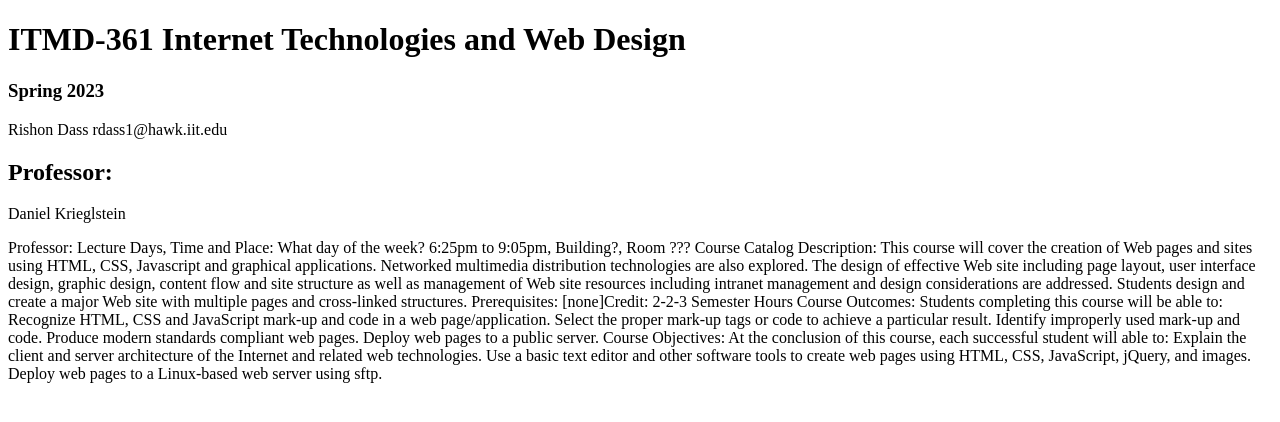
Repository: rishondass/ITMD361-Lab2
Page: lab2raw_text.html
The author's editor kept a copy of each file at every save. The page is drawn from the files as they stood at one save, then again after the next save.
The browser window is 1280 px wide. The pictures show the whole page.

Above is the page before, as saved 2023-01-13 14:05:36.

### lab2raw_text.html
<!DOCTYPE html>
<html lang="en">
<head>
    <meta charset="UTF-8">
    <meta http-equiv="X-UA-Compatible" content="IE=edge">
    <meta name="viewport" content="width=device-width, initial-scale=1.0">
    <title>ITMD-361 Internet Technologies and Web Design</title>
</head>
<body>
    <h1>
        ITMD-361 Internet Technologies and Web Design
    </h1>
    <h3>
        Spring 2023
    </h3>
    <p>
        Rishon Dass rdass1@hawk.iit.edu
    </p>
    <h2>
        Professor:
    </h2>
    <p>
        Daniel Krieglstein
    </p>
</body>
</html>




Professor:

Lecture Days, Time and Place:
What day of the week? 6:25pm to 9:05pm, Building?, Room ???
Course Catalog Description:
This course will cover the creation of Web pages and sites using HTML, CSS, Javascript and graphical applications. Networked multimedia distribution technologies are also explored. The design of effective Web site including page layout, user interface design, graphic design, content flow and site structure as well as management of Web site resources including intranet management and design considerations are addressed. Students design and create a major Web site with multiple pages and cross-linked structures. Prerequisites: [none]Credit: 2-2-3 Semester Hours
Course Outcomes:
Students completing this course will be able to:
Recognize HTML, CSS and JavaScript mark-up and code in a web page/application.
Select the proper mark-up tags or code to achieve a particular result.
Identify improperly used mark-up and code.
Produce modern standards compliant web pages.
Deploy web pages to a public server.
Course Objectives:
At the conclusion of this course, each successful student will able to:
Explain the client and server architecture of the Internet and related web technologies.
Use a basic text editor and other software tools to create web pages using HTML, CSS, JavaScript, jQuery, and images.
Deploy web pages to a Linux-based web server using sftp.</li>

After the next save:
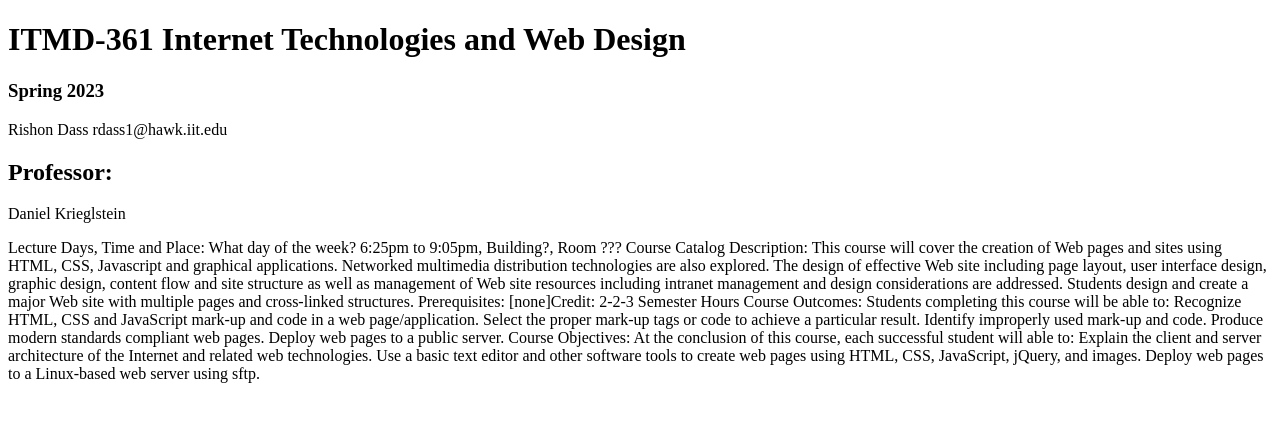
Saved 5 s later.
--- a/lab2raw_text.html
+++ b/lab2raw_text.html
@@ -28,8 +28,6 @@
 
 
 
-Professor:
-
 Lecture Days, Time and Place:
 What day of the week? 6:25pm to 9:05pm, Building?, Room ???
 Course Catalog Description:
